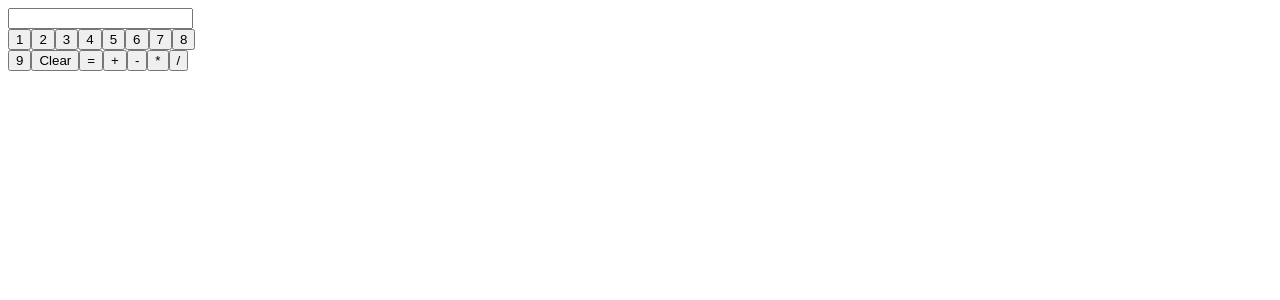
Repository: weazzyefff/Calculator-App
Page: index.html
An editor plug-in stored every save of this project. The page is shown before and after the next save, followed by the edit.
The browser window is 1280 px wide. The pictures show the whole page.

Above is the page before, as saved 2022-12-16 17:45:39.

After the next save:
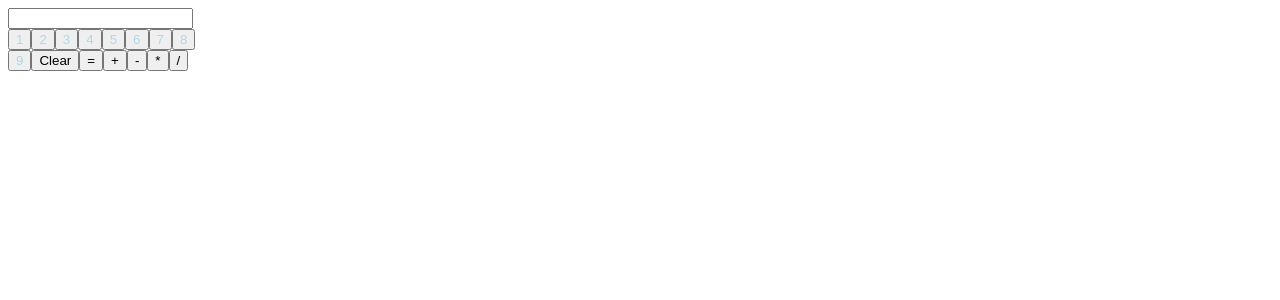
Saved 12 s later.
--- a/index.html
+++ b/index.html
@@ -9,18 +9,18 @@
 <body>
     <div class="container">
         <input>
-        <button type = "input">1</button>
-        <button type = "input">2</button>
-        <button type = "input">3</button>
-        <button type = "input">4</button>
-        <button type = "input">5</button>
-        <button type = "input">6</button>
-        <button type = "input">7</button>
-        <button type = "input">8</button>
-        <button type = "input">9</button>
-        <button type = "input">Clear</button>
-        <button type = "input">=</button>
-        <button type = "input">+</button>
+        <button type ="input" class="numbtn">1</button>
+        <button type ="input" class="numbtn">2</button>
+        <button type ="input" class="numbtn">3</button>
+        <button type ="input" class="numbtn">4</button>
+        <button type ="input" class="numbtn">5</button>
+        <button type ="input" class="numbtn">6</button>
+        <button type ="input" class="numbtn">7</button>
+        <button type ="input" class="numbtn">8</button>
+        <button type ="input" class="numbtn">9</button>
+        <button type ="input">Clear</button>
+        <button type ="input">=</button>
+        <button type ="input">+</button>
         <button type = "input">-</button>
         <button type = "input">*</button>
         <button type = "input">/</button>
